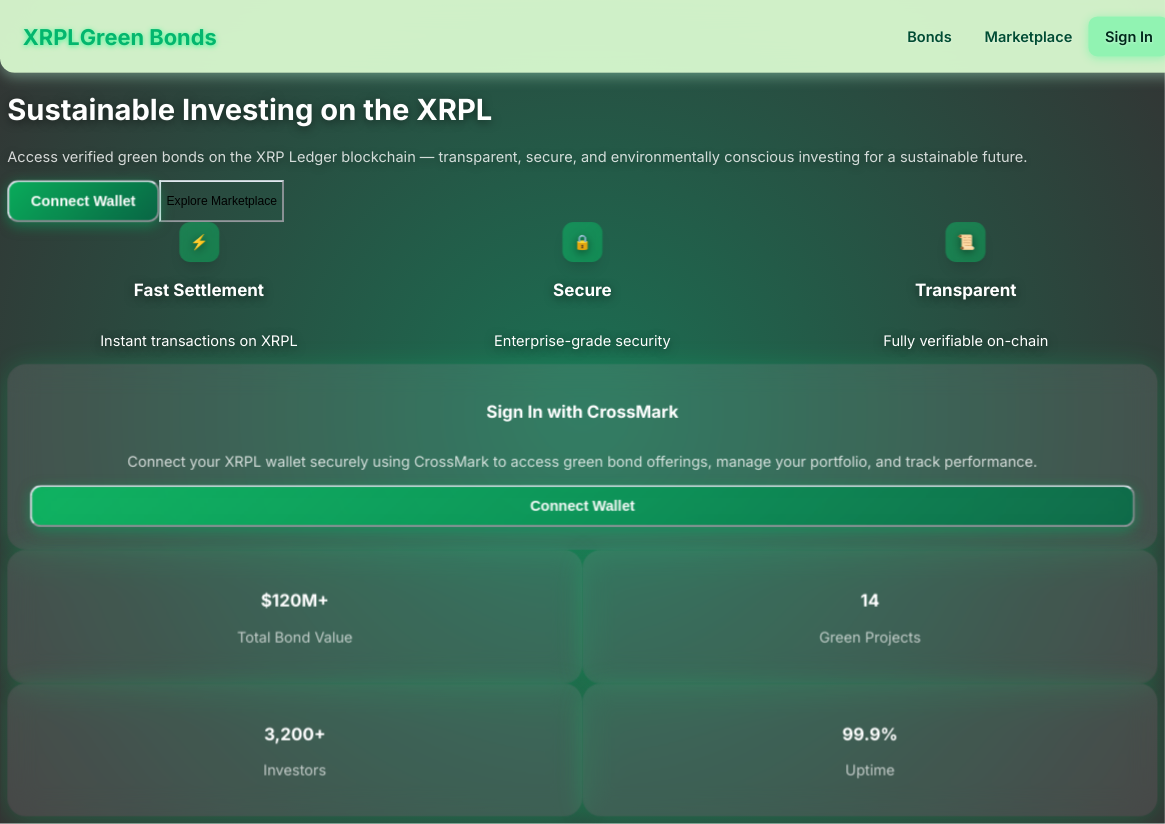
Repository: pbryzek/hackathon-xrpl
Page: / (app in frontend/)
These files come from the project's save history. The page is drawn as it stood at one moment and after the next save; the edit follows.
The browser window is 1280 px wide. The pictures show the whole page, at 91% of full size.
The project was rebuilt for these pictures with package versions that can differ from the ones it lists, and the page was loaded fresh each time. Also part of the build but not shown: frontend/vite.config.ts, frontend/src/pages/BondSelection.tsx, frontend/src/lib/utils.ts, frontend/src/components/ui/button.tsx, frontend/src/components/ui/input.tsx, frontend/src/components/ui/label.tsx, frontend/src/components/ui/tabs.tsx, frontend/src/components/ui/chip.tsx and 14 more.

Above is the page before, as saved 2025-03-15 13:13:11.

After the next save:
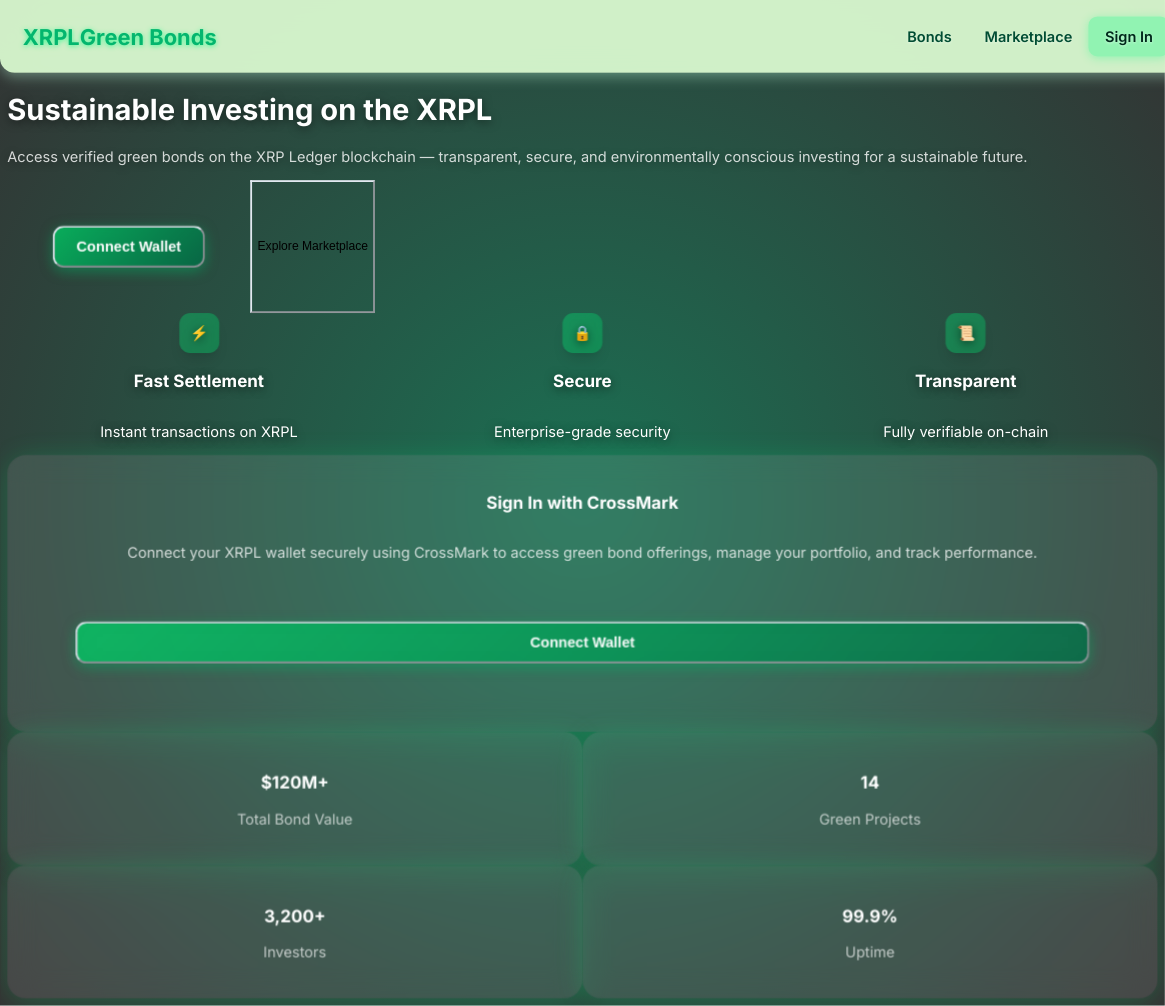
Saved 46 s later.
--- a/frontend/src/index1.css
+++ b/frontend/src/index1.css
@@ -123,7 +123,7 @@
   padding: 18px 25px;
   border-radius: 0 0 16px 16px;
   position: fixed;
-  margin-bottom: 500px;
+  /* margin-bottom: 500px; */
   top: 0;
   left: 0;
   width: 100%;
@@ -195,6 +195,7 @@
   color: white;
   padding: 12px 24px;
   border-radius: 12px;
+  margin: 50px;
   font-size: 16px;
   font-weight: bold;
   backdrop-filter: blur(15px);

After the save that followed:
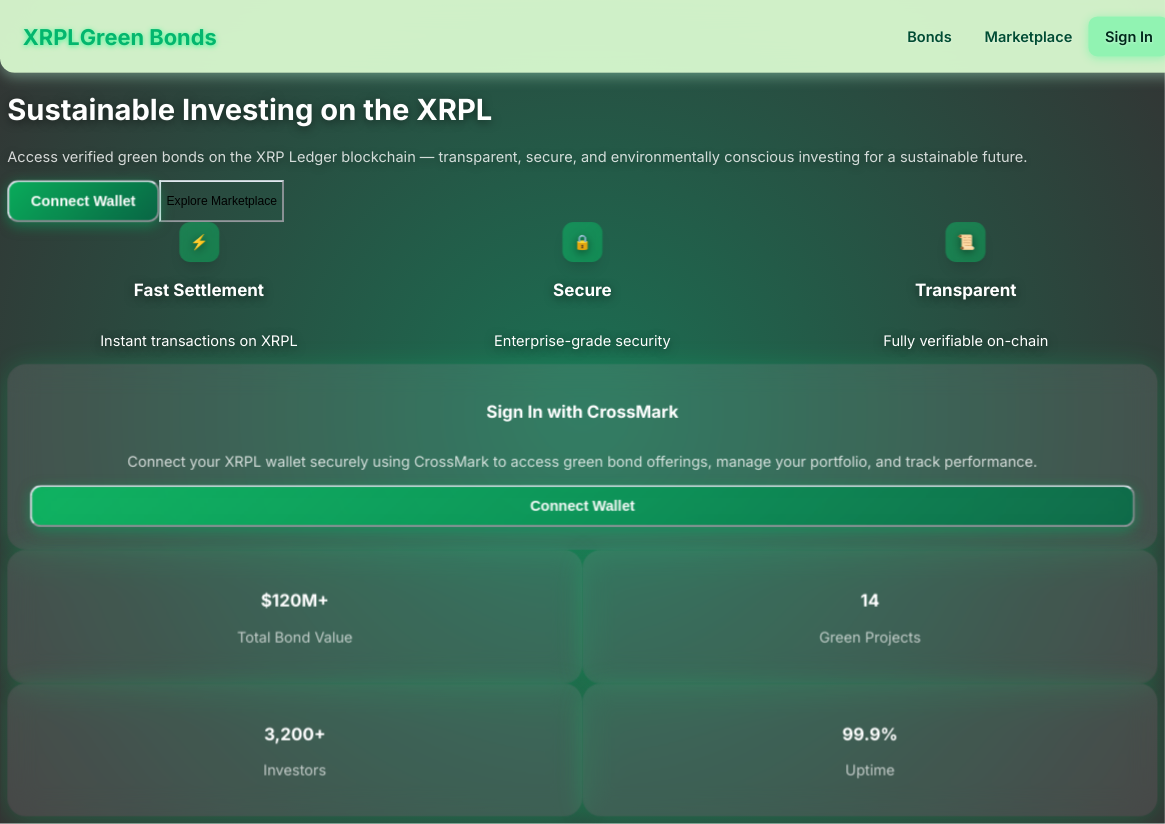
Saved 6 s later.
--- a/frontend/src/index1.css
+++ b/frontend/src/index1.css
@@ -195,7 +195,6 @@
   color: white;
   padding: 12px 24px;
   border-radius: 12px;
-  margin: 50px;
   font-size: 16px;
   font-weight: bold;
   backdrop-filter: blur(15px);
